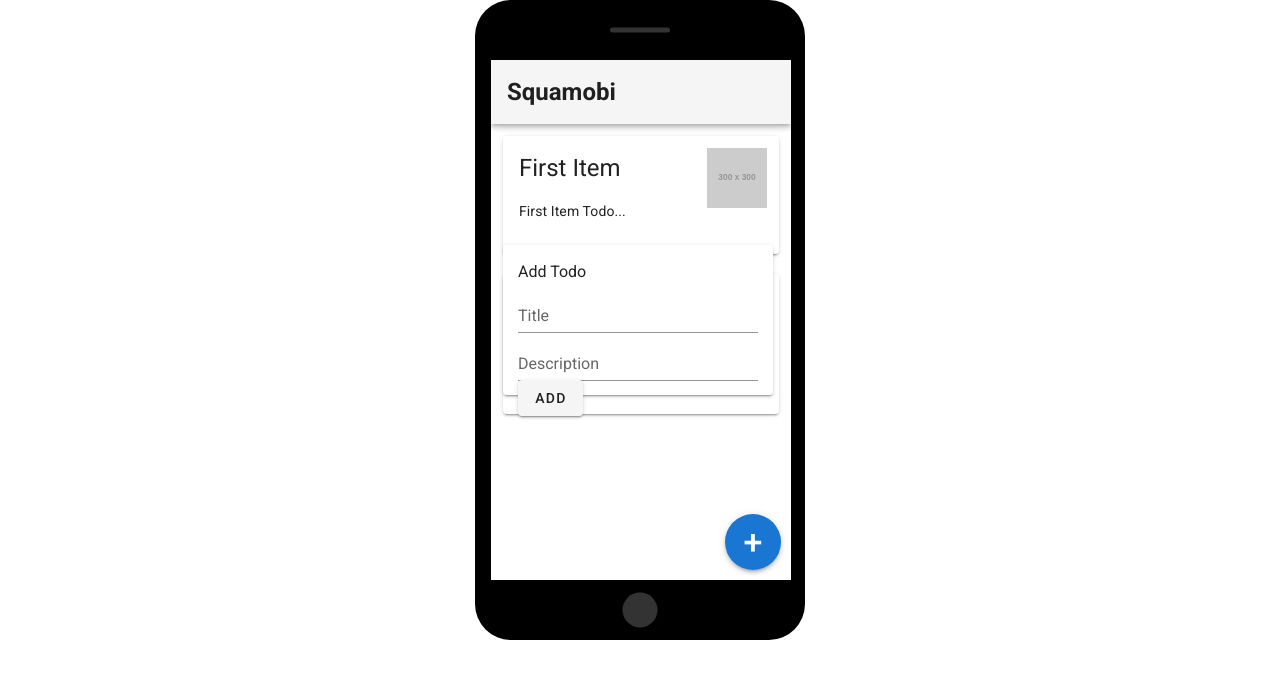
Repository: Keepnox/squamobi-interview
Page: /
An editor plug-in stored every save of this project. The page is shown before and after the next save, followed by the edit.
The browser window is 1280 px wide. The pictures show the whole page.
The project was rebuilt for these pictures with package versions that can differ from the ones it lists, and the page was loaded fresh each time. Also part of the build but not shown: vue.config.js. Imported but missing from the stored project, and not drawn on this page: src/views/About.vue.

Above is the page before, as saved 2022-01-15 23:46:54.

After the next save:
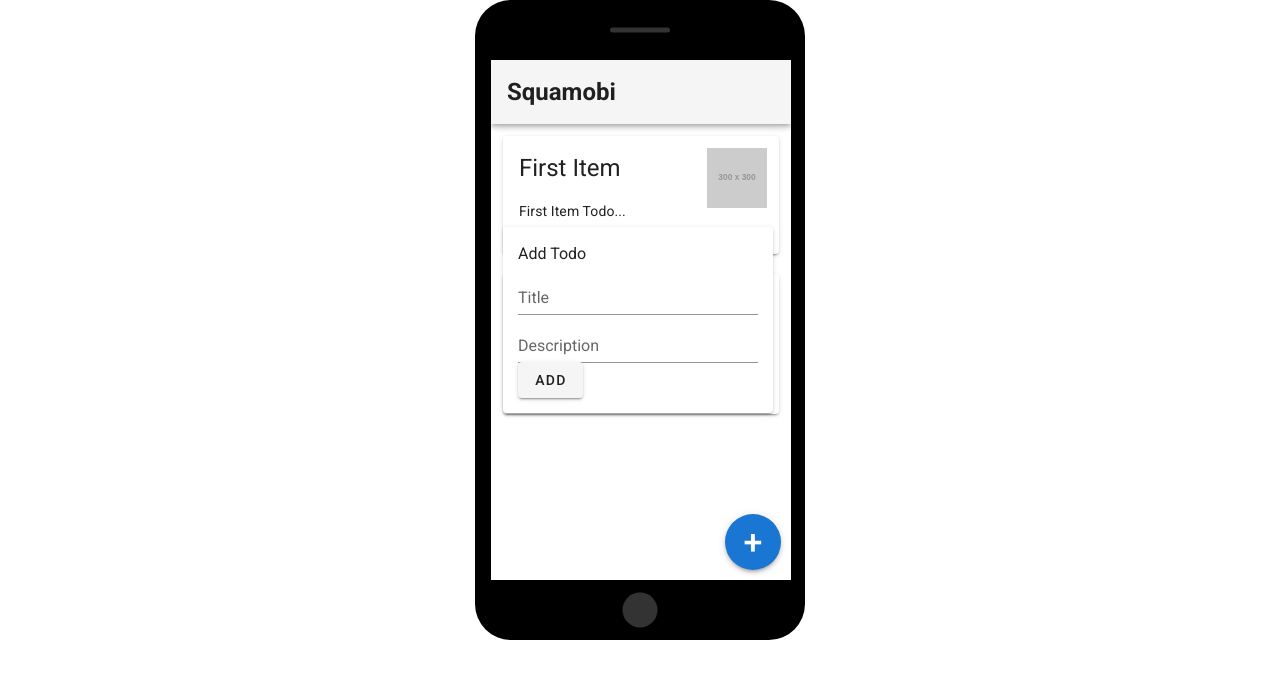
Saved 9 s later.
--- a/src/views/Home.vue
+++ b/src/views/Home.vue
@@ -90,7 +90,7 @@ export default {
 .popup {
   position: absolute;
   padding: 15px;
-  height: 150px;
+  /* height: 150px; */
   width: 90%;
   top: 50%;
   transform: translateY(-50%);
